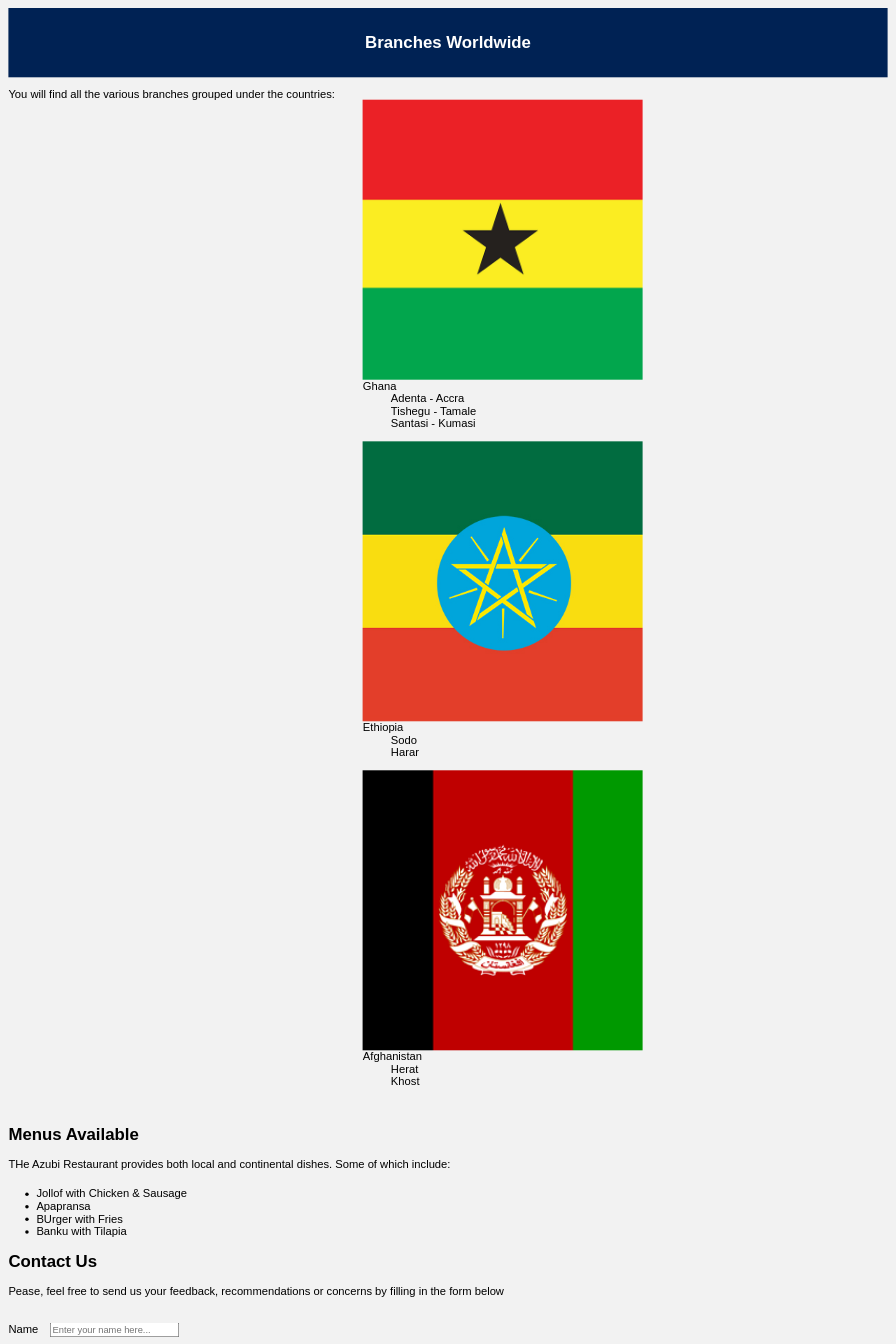
Repository: odurusphp/testingazubigit
Page: Fortune/FortunatusWulnye.html
The author's editor kept a copy of each file at every save. The page is drawn from the files as they stood at one save, then again after the next save.
The browser window is 1280 px wide. The pictures show the part of the page from y = 368 to 2288 px (the page is 2970 px tall before and 2670 px after), at 70% of full size.

Above is the page before, as saved 2020-08-04 08:57:10.

After the next save:
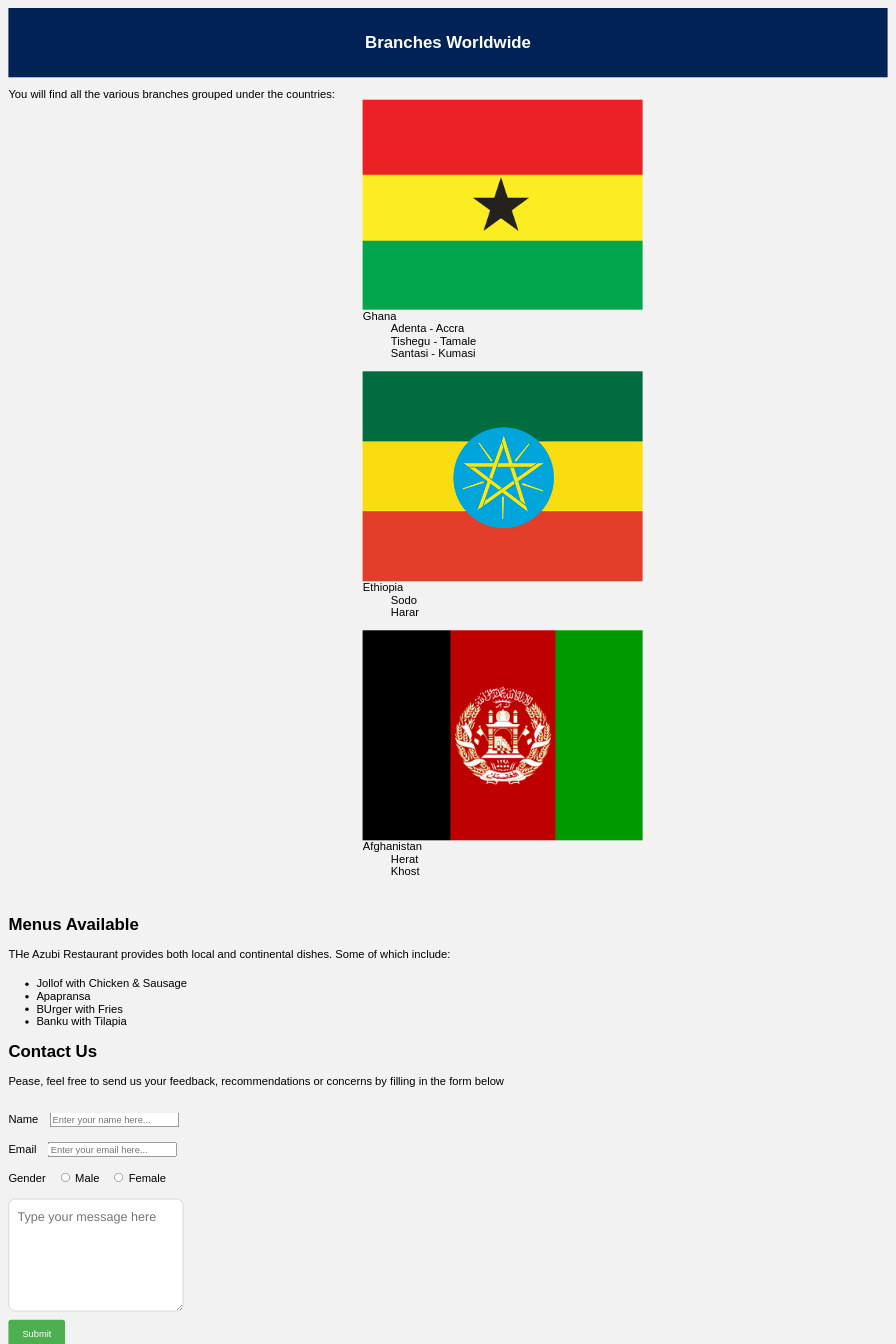
Saved 21 s later.
--- a/Fortune/css/style.css
+++ b/Fortune/css/style.css
@@ -113,7 +113,7 @@ h1 {
 .branches img {
   float: left;
   width: 400px;
-  height: 400px;
+  height: 300px;
   object-fit: cover;
 }
 
